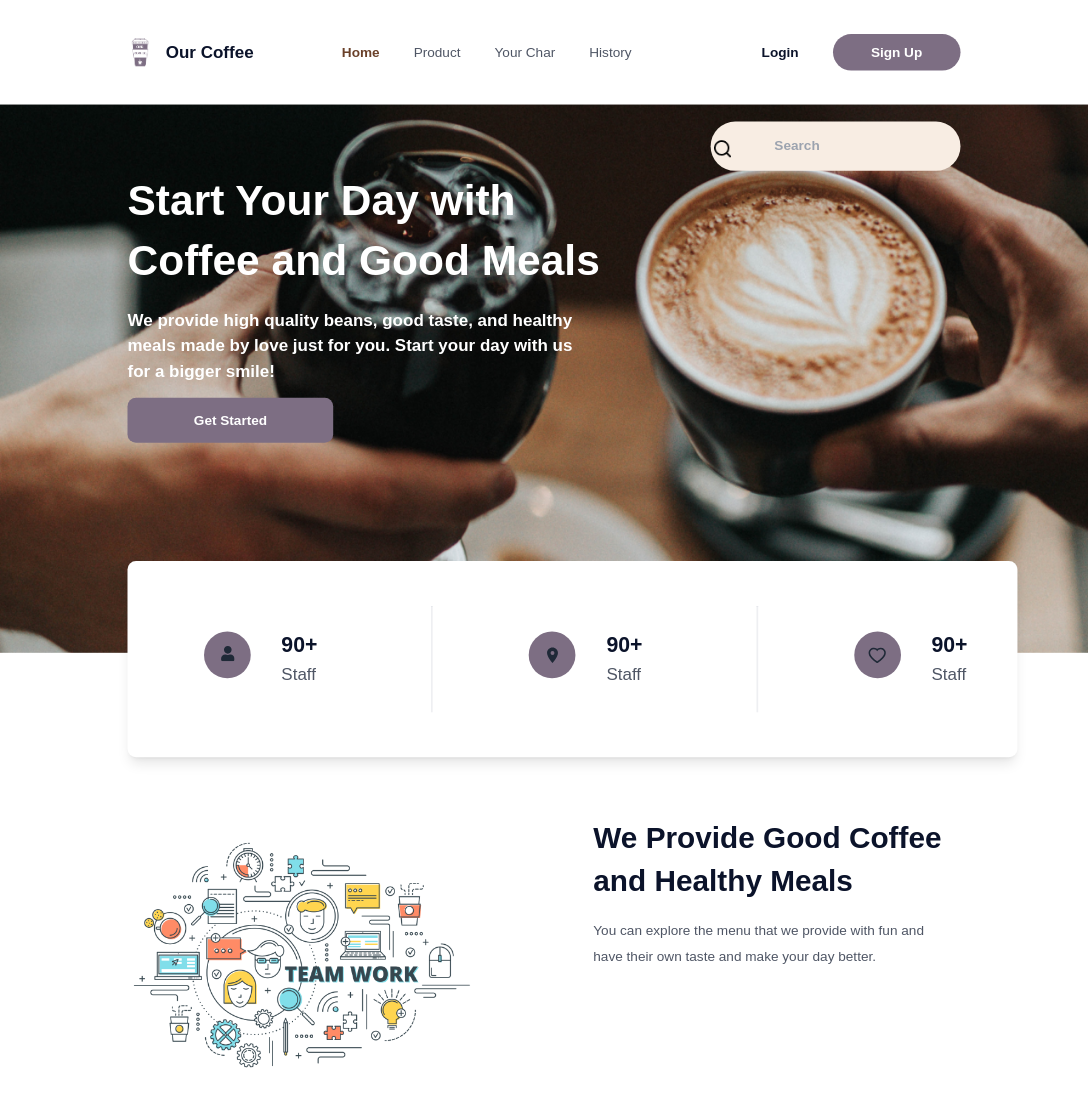
Repository: boykebn/fw12-collab2-FRONTEND
Page: / (app in our/)
The author's editor kept a copy of each file at every save. The page is drawn from the files as they stood at one save, then again after the next save.
The browser window is 1280 px wide. The pictures show the whole page, at 85% of full size.
The project was rebuilt for these pictures with package versions that can differ from the ones it lists, and the page was loaded fresh each time. The framework's server and built-in components were replaced by stand-ins that run in the browser. Also part of the build but not shown: our/next.config.js.

Above is the page before, as saved 2022-12-30 22:41:01.

After the next save:
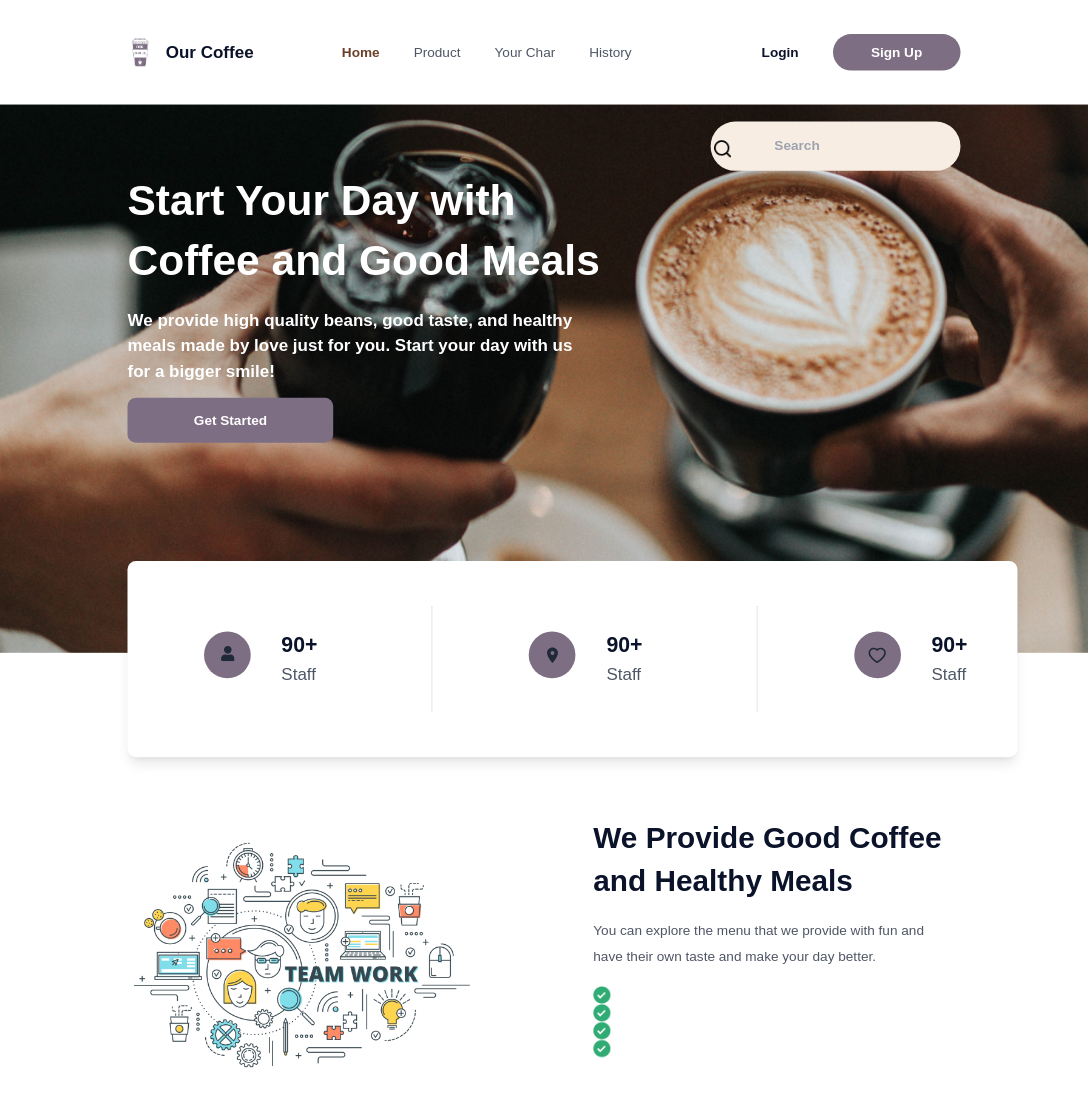
Saved 4 min 18 s later.
--- a/our/pages/index.js
+++ b/our/pages/index.js
@@ -8,6 +8,7 @@ import { FaUser } from "react-icons/fa";
 import { MdLocationOn } from "react-icons/md";
 import { AiOutlineHeart } from "react-icons/ai";
 import layer2 from "../assets/img-layer2.png";
+import ceklis from "../assets/ceklis.png";
 export default function Home() {
   return (
     <div className="font-rubik">
@@ -89,6 +90,14 @@ export default function Home() {
             <p className="text-[#0B132A] text-[35px] font-bold leading-[50px] w-[432px] mb-[19px]">We Provide Good Coffee and Healthy Meals</p>
             <p className="text-[#4F5665] text-[16px] leading-[30px] w-[427px]">You can explore the menu that we provide with fun and have their own taste and make your day better.</p>
           </div>
+          <div>
+            <div>
+              <Image src={ceklis} alt="ceklis" />
+              <Image src={ceklis} alt="ceklis" />
+              <Image src={ceklis} alt="ceklis" />
+              <Image src={ceklis} alt="ceklis" />
+            </div>
+          </div>
         </div>
       </div>
     </div>
